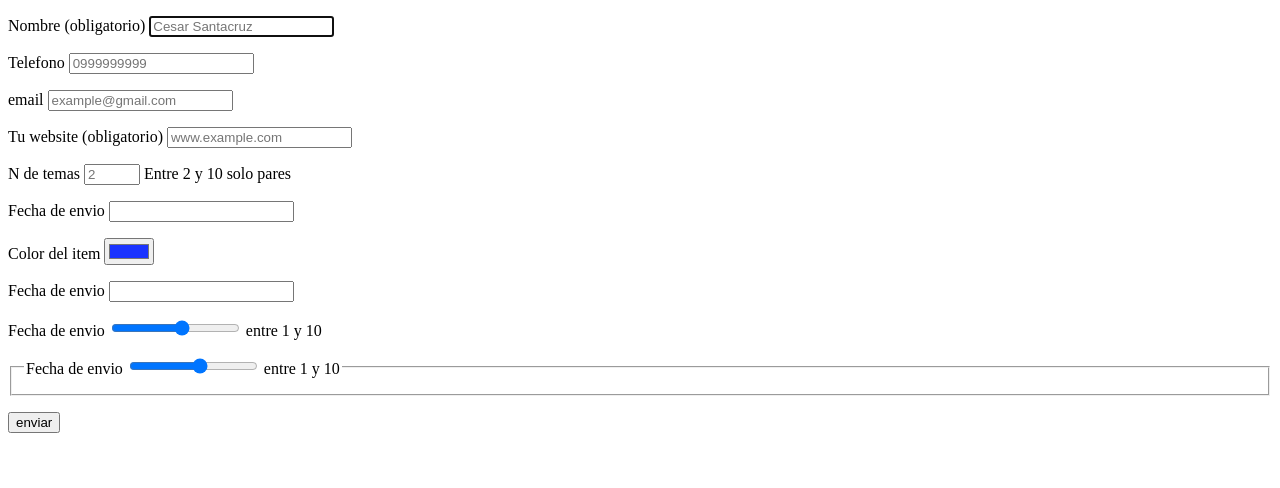
Repository: cesarsant0203/My_Study
Page: Introducción al desarrollo web/formulario.html
An editor plug-in stored every save of this project. The page is shown before and after the next save, followed by the edit.
The browser window is 1280 px wide. The pictures show the whole page.

Above is the page before, as saved 2020-04-27 19:47:03.

After the next save:
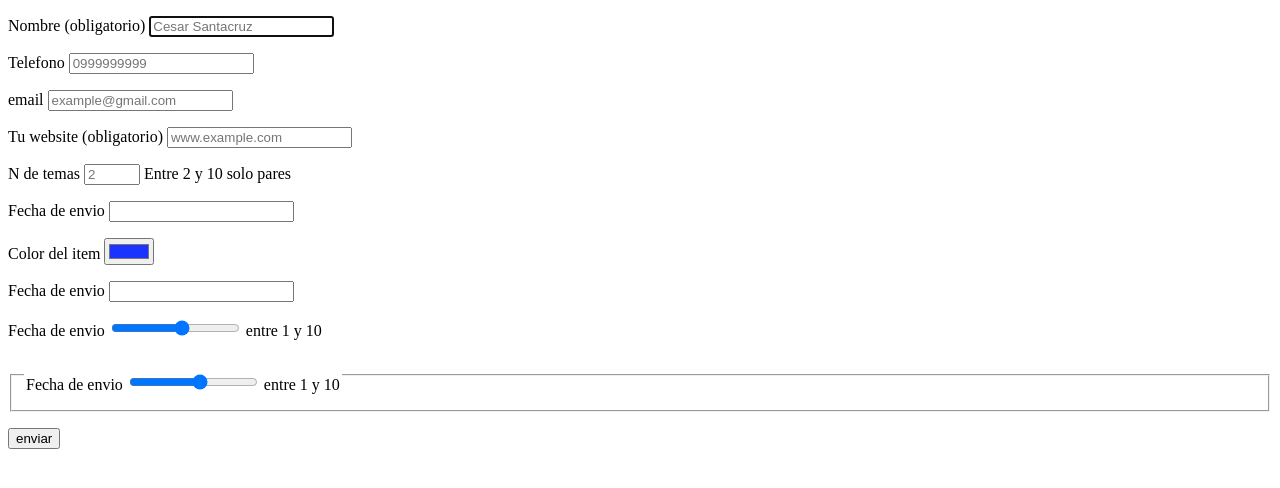
Saved 8 s later.
--- a/Introducción al desarrollo web/formulario.html
+++ b/Introducción al desarrollo web/formulario.html
@@ -67,7 +67,7 @@
         <p>
         <fieldset>
             <legend>
-                <label for="points"> Fecha de envio</label>
+                <p></p><label for="points"> Fecha de envio</label>
                 <input type="range" name="points" id="points" min="1" max="10"> entre 1 y 10
                 </legend>
         </fieldset>
